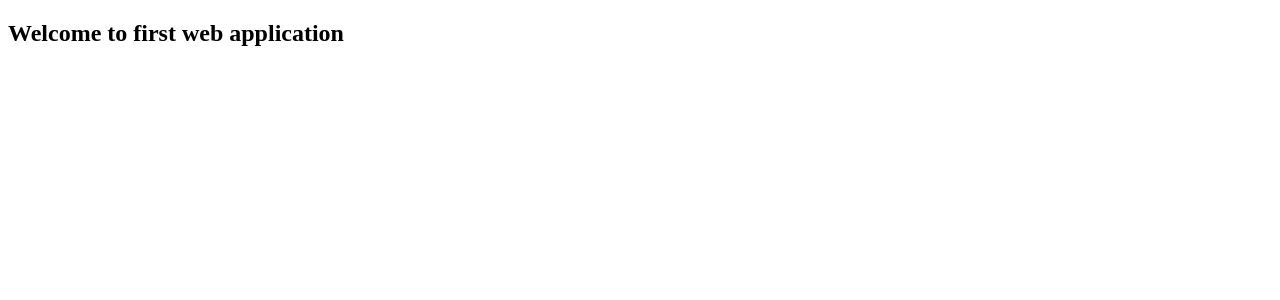
Repository: nelsonamaran14/WebApp_Demo
Page: FirstWebApp/src/main/webapp/index.html
These files come from the project's save history. The page is drawn as it stood at one moment and after the next save; the edit follows.
The browser window is 1280 px wide. The pictures show the whole page.

Above is the page before, as saved 2023-08-18 09:43:44.

After the next save:
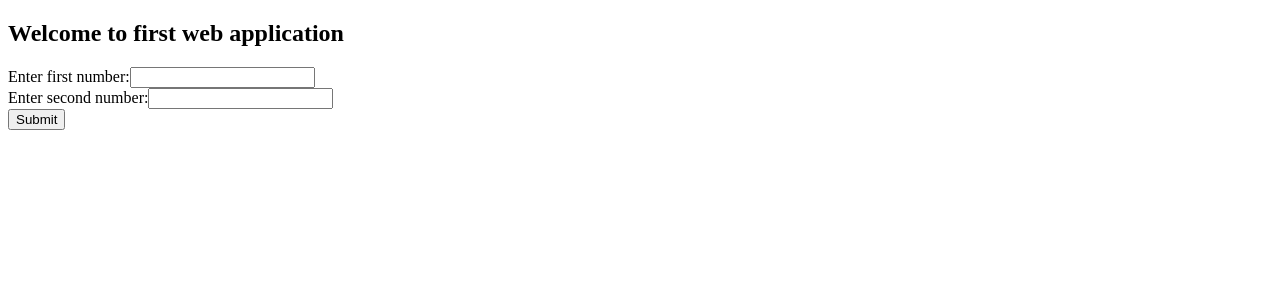
Saved 2 days later.
--- a/FirstWebApp/src/main/webapp/index.html
+++ b/FirstWebApp/src/main/webapp/index.html
@@ -5,7 +5,12 @@
 <title>Insert title here</title>
 </head>
 <body>
-	<h2>Welcome to first web application</h2>
+	<h2>Welcome to first web application</h2
+	<form>
+		Enter first number:<input type ="number"/><br>
+		Enter second number:<input type="text"/><br>
+		<input type="submit"/>
+	</form>
 
 </body>
 </html>
